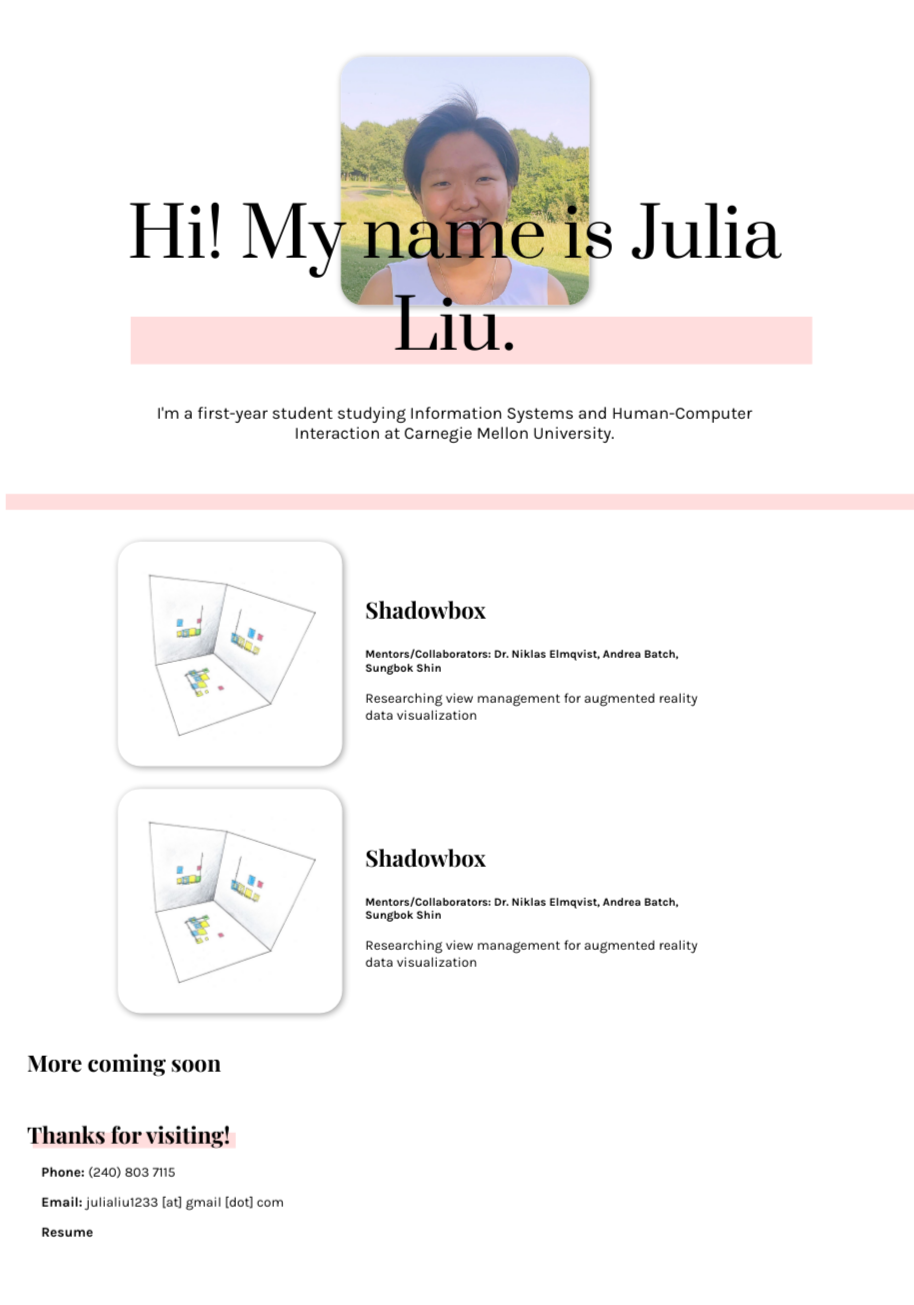
Repository: liu-julia/liu-julia.github.io
Page: index.html
An editor plug-in stored every save of this project. The page is shown before and after the next save, followed by the edit.
The browser window is 1280 px wide. The page is 1288 px wide, so the pictures cover 1288 px, including what lies to the right of the window. The pictures show the whole page, at 71% of full size.

Above is the page before, as saved 2022-04-28 11:31:52.

### index.html
<!DOCTYPE html>
<html lang="en">
<head>
    <meta charset="UTF-8">
    <meta http-equiv="X-UA-Compatible" content="IE=edge">
    <meta name="viewport" content="width=device-width, initial-scale=1.0">
    <link rel="preconnect" href="https://fonts.googleapis.com">
    <link rel="preconnect" href="https://fonts.gstatic.com" crossorigin>
    <link href="https://fonts.googleapis.com/css2?family=Karla:wght@300;400;700&family=Open+Sans:wght@300;400;700&family=Playfair+Display:wght@400;700&family=Prata&display=swap" rel="stylesheet">
    <link rel="stylesheet" href="css/styles.css">
    <link rel="icon" href="images/jllogo.png">
    <script src="js/scripts.js"></script>
    <title>Julia Liu</title>
</head>
<body>
    <header id="topbar">
        <img id="logo" src="images/jllogo.png" alt="JL logo">
        <div id="navbar">
            <a class="highlighted" href="index.html">Projects</a>
            <a class="hl_hover" href="about.html">About</a>
            <a class="hl_hover" href="contact.html">Contact</a>
        </div>
    </header>
    <div id="content">
        <div id="top">
            <img id="face" src="images/IMG_20210707_193435_832.jpg" alt="Julia Liu">
            <h1 class="highlighted">Hi! My name is Julia Liu.</h1>
            <p id="head_desc">I'm a first-year student studying Information Systems and Human-Computer Interaction at Carnegie Mellon University.</p>
        </div>
        <br>
        <div class="project">
            <img src="images/shadowbox.jpg" alt="Shadowbox">
            <div class="project-text">
                <h3 class="highlighted">Shadowbox</h3>
                <h4>Mentors/Collaborators: Dr. Niklas Elmqvist, Andrea Batch, Sungbok Shin</h4>
                <p>Researching view management for augmented reality data visualization</p>
            </div>
        </div>
        <div class="project">
            <img src="images/shadowbox.jpg" alt="Shadowbox">
            <div class="project-text">
                <h3 class="highlighted">Shadowbox</h3>
                <h4>Mentors/Collaborators: Dr. Niklas Elmqvist, Andrea Batch, Sungbok Shin</h4>
                <p>Researching view management for augmented reality data visualization</p>
            </div>
        </div>
        <h3 id="construction">More coming soon</h3>
        <div id="foot">
            <h3 class="highlighted">Thanks for visiting!</h3>
            <div>
                <p><b>Phone: </b> (240) 803 7115</p>
                <p><b>Email: </b> juli<!--anti spam-->aliu1233 <!--anti spam--> [at] gmai<!--anti spam-->l [dot] com</p>
                <a href="JuliaLiu.pdf"><b>Resume</b></a>
            </div>
        </div>
    </div>
</body>
</html>

### css/styles.css
:root {
    font-family: 'Karla', sans-serif;
}
html {
    height: 100%;
}
header {
    position: fixed;
    top: 0;
    left: 0;
    right: 0;
    width: 100%;
    height: 60px;
    background-color: white;
    z-index: 1;
    box-shadow: 0 0 10px #FFFFFF;
    transition: top .2s;
}
#logo {
    width: 25px;
    height: 35px;
    padding: 13px;
}
#navbar {
    float: right;
}
#navbar a {
    position: relative;
    top: 10px;
    margin-right: 25px;
    align-self: center;
    color: black;
}
body {
    height: 100%;
}
#content {
    height: 100%;
}
h1 {
    font-family: 'Prata', serif;
    font-weight: 400;
    font-size: 6em;
}
#top {
    height: 100%;
}
h1{
    position: absolute;
    bottom: 12rem;
    left: 1rem;
    right: 1rem;
    text-align: center;
    margin: auto;
    width: 75%;
}
h1.highlighted::before {
    content: "";
    position: absolute;
    width: 100%;
    background: #ffdddd;
    left: .25em;
    bottom: .15em;
    height: .7em;
    z-index: -1;
    animation: highlightAnimation ease 3s;
    animation-iteration-count: 1;
    animation-fill-mode: forwards;
}

@keyframes highlightAnimation {
    0% {
        transform: scaleX(0);
        transform-origin: left;
    }
    100% {
        transform: scaleX(1);
        transform-origin: left;
     }
}

#navbar a.highlighted::before {
    content: "";
    position: absolute;
    width: 100%;
    background: #ffdddd;
    left: .25em;
    bottom: .05em;
    height: .7em;
    z-index: -1;
}
.hl_hover::before {
    content: "";
    position: absolute;
    width: 100%;
    background: #ffdddd;
    left: .25em;
    bottom: .05em;
    height: .7em;
    z-index: -1;
    transition: transform 0.5s;
    transform: scaleX(0);
    transform-origin: right;
}
.hl_hover:hover::before {
    transform: scaleX(1);
    transform-origin: left;
}
h2 {
    font-family: 'Playfair Display', serif;
    font-size: 3em;
}
h3 {
    font-family: 'Playfair Display', serif;
    font-size: 2em;

}
h3.highlighted::before {
    content: "";
    position: absolute;
    width: 100%;
    background: #ffdddd;
    left: .25em;
    bottom: .05em;
    height: .7em;
    z-index: -1;
}
#navbar a {
    font-family: 'Playfair Display', serif;
    font-size: 1.5em;
    font-weight: 700;
    text-decoration: none;
}
p {
    font-size: 1.2rem;
}
#head_desc {
    font-size: 1.5em;
    font-weight: 400;
    position: absolute;
    bottom: 6rem;
    width: 90%;
    left: 1rem;
    right: 1rem;
    text-align: center;
    margin: auto;
    width: 75%;
}
.project {
    display: flex;
    align-items: center;
}
#face {
    position: absolute;
    width: 350px;
    height: 350px;
    top: 5rem;
    left: 30rem;
    right: 30rem;
    border-radius: 2em;
    margin: auto;
    box-shadow: 2px 2px 10px #00000066;
}
#foot {
    padding-left: 30px;
    position: absolute;
    width: 90%;
    height: 40%;
}
#foot h3.highlighted {
    position: absolute;
    bottom: 65%;
}
#foot div {
    position: absolute;
    bottom: 25%;
    padding: 20px;
}
a {
    font-size: 1.2rem;
    color: black;
    text-decoration: underline;
    text-decoration-color: #ffb4b400;
    transition: text-decoration ease-in .2s;
}
a:hover {
    text-decoration-color: #ffb4b4;
}
#construction {
    padding-left: 30px;
}

body {
    animation: fadeInAnimation ease 2s;
    animation-iteration-count: 1;
    animation-fill-mode: forwards;
}

@keyframes fadeInAnimation {
    0% {
        opacity: 0;
    }
    100% {
        opacity: 1;
     }
}
.project {
    width: 80%;
    display: flex;
    margin: auto;
    height: 35%;
    padding: 3rem;
}
.project img {
    max-width: 40%;
    max-height: 100%;
    box-shadow: 2px 2px 10px #00000066;
    border-radius: 2rem;
    padding: 2em;
    margin: 2em;
}
.project-text {
    width: 50%;
}

### js/scripts.js
var prevScrollpos = window.pageYOffset;
window.onscroll = function() {
  var currentScrollPos = window.pageYOffset;
  if (prevScrollpos > currentScrollPos) {
    document.getElementById("topbar").style.top = "0";
  } else {
    document.getElementById("topbar").style.top = "-70px";
  }
  prevScrollpos = currentScrollPos;
}

After the next save:
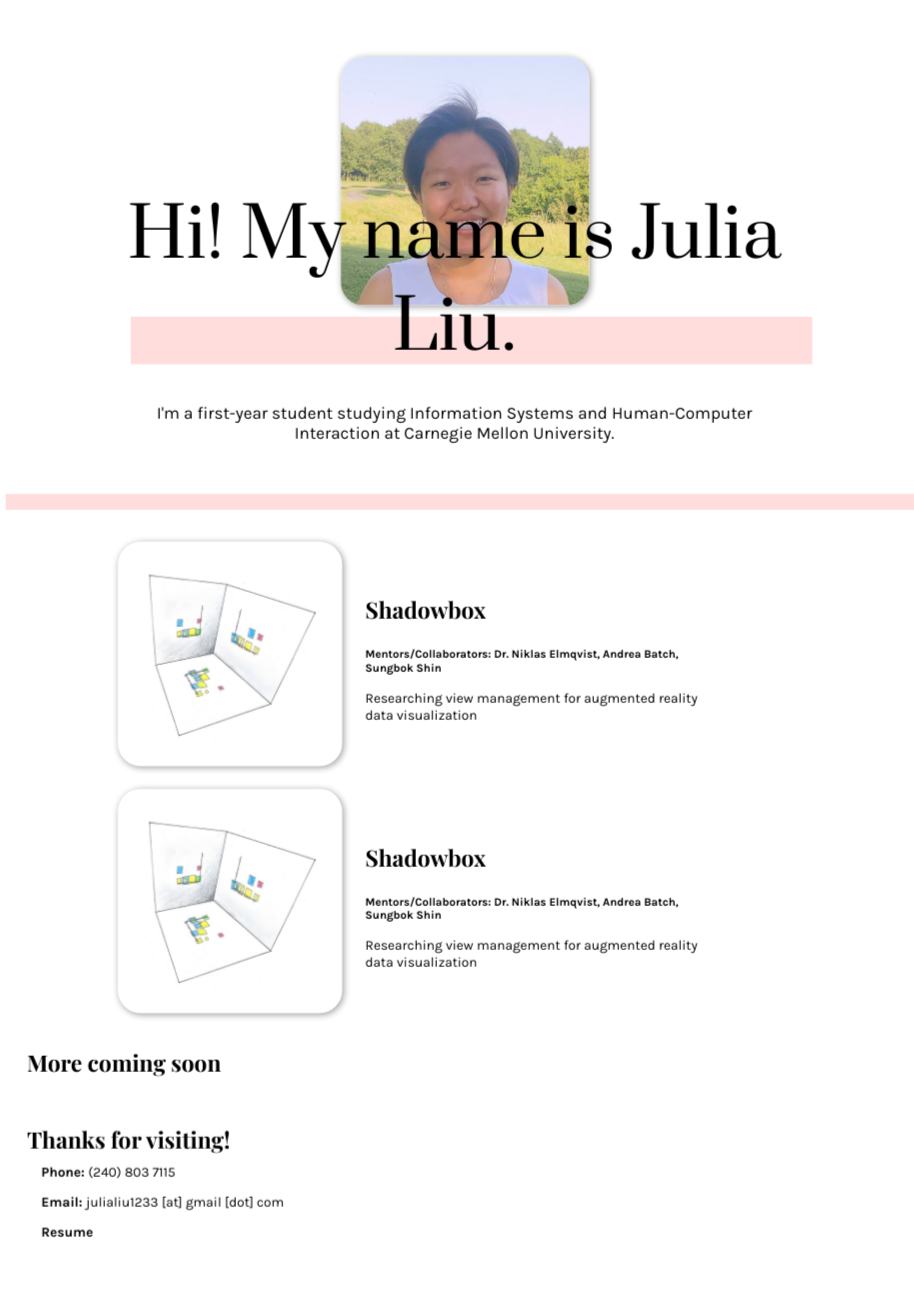
Saved 10 s later.
--- a/index.html
+++ b/index.html
@@ -46,7 +46,7 @@
         </div>
         <h3 id="construction">More coming soon</h3>
         <div id="foot">
-            <h3 class="highlighted">Thanks for visiting!</h3>
+            <h3>Thanks for visiting!</h3>
             <div>
                 <p><b>Phone: </b> (240) 803 7115</p>
                 <p><b>Email: </b> juli<!--anti spam-->aliu1233 <!--anti spam--> [at] gmai<!--anti spam-->l [dot] com</p>

After the save that followed:
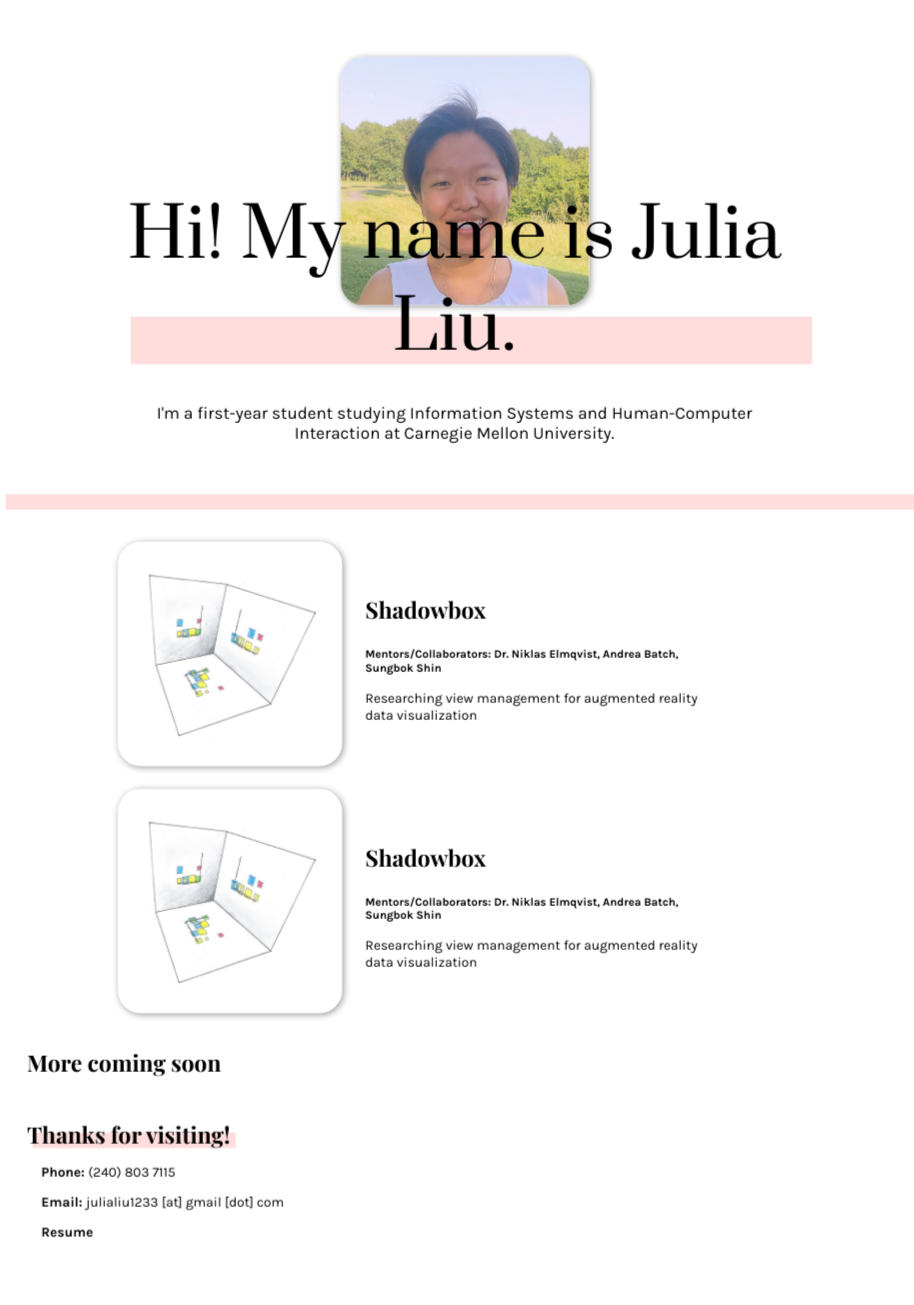
Saved 5 s later.
--- a/index.html
+++ b/index.html
@@ -39,14 +39,14 @@
         <div class="project">
             <img src="images/shadowbox.jpg" alt="Shadowbox">
             <div class="project-text">
-                <h3 class="highlighted">Shadowbox</h3>
+                <h3>Shadowbox</h3>
                 <h4>Mentors/Collaborators: Dr. Niklas Elmqvist, Andrea Batch, Sungbok Shin</h4>
                 <p>Researching view management for augmented reality data visualization</p>
             </div>
         </div>
         <h3 id="construction">More coming soon</h3>
         <div id="foot">
-            <h3>Thanks for visiting!</h3>
+            <h3 class="highlighted">Thanks for visiting!</h3>
             <div>
                 <p><b>Phone: </b> (240) 803 7115</p>
                 <p><b>Email: </b> juli<!--anti spam-->aliu1233 <!--anti spam--> [at] gmai<!--anti spam-->l [dot] com</p>
